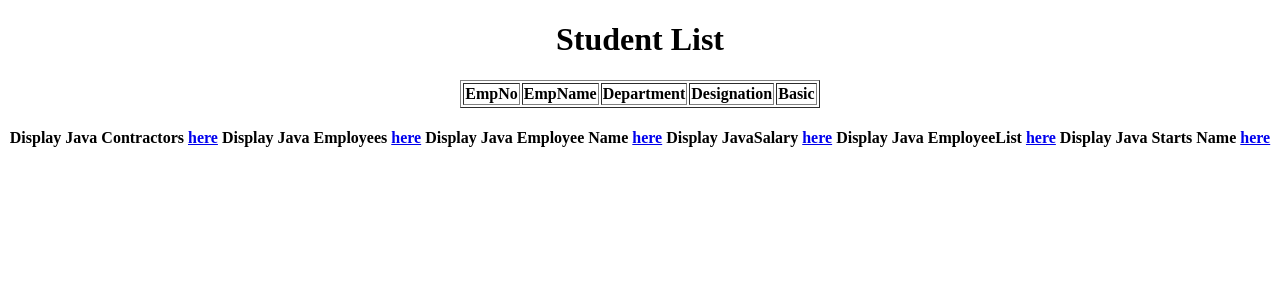
Repository: anisha-r/Sts
Page: http://localhost/AdvSpringData/WEB-INF/views/home.jsp
The author's editor kept a copy of each file at every save. The page is drawn from the files as they stood at one save, then again after the next save.
The browser window is 1280 px wide. The pictures show the whole page.
The page is served by Tomcat 9. Nobody is signed in. Other server files are loaded and not shown. The template is opened directly, without the code that normally fills it, so the values that code supplies are empty.

Above is the page before, as saved 2019-10-15 10:25:40.

### AdvSpringData/src/main/webapp/WEB-INF/views/home.jsp
<%@page contentType="text/html" pageEncoding="UTF-8"%>
<!DOCTYPE HTML PUBLIC "-//W3C//DTD HTML 4.01 Transitional//EN"
   "http://www.w3.org/TR/html4/loose.dtd">
<%@ taglib uri="http://java.sun.com/jsp/jstl/core" prefix="c" %>

<html>
<head>
<meta http-equiv="Content-Type" content="text/html; charset=UTF-8">
<title>Student Management Screen</title>
</head>
<body>
	<div align="center">
		<h1>Student List</h1>

		<table border="1">

			<th>EmpNo</th>
			<th>EmpName</th>
			<th>Department</th>
			<th>Designation</th>
			<th>Basic</th>



			<c:forEach var="employ" items="${employList}">
				<tr>

					<td>${employ.empno}</td>
					<td>${employ.name}</td>
					<td>${employ.dept}</td>
					<td>${employ.desig}</td>
					<td>${employ.basic}</td>
					</c:forEach>
		</table>
		<h4>
		Display Java Contractors <a href="/displayjavacontractors">here</a>
		Display Java Employees <a href="/displayjava">here</a>
		Display Java Employee Name <a href="/displayjavaname">here</a>
		Display JavaSalary <a href="/displayjavasalary">here</a>
	   Display Java EmployeeList <a href="/displayjavaEmployeeList">here</a>
			   Display Java Starts Name <a href="/displayjavaEmployee">here</a>
		</h4>
	</div>
</body>
</html>

After the next save:
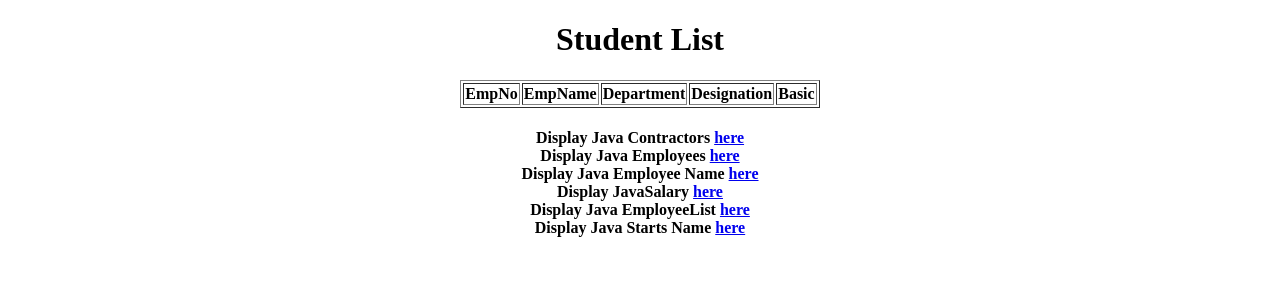
Saved 3 min 16 s later.
--- a/AdvSpringData/src/main/webapp/WEB-INF/views/home.jsp
+++ b/AdvSpringData/src/main/webapp/WEB-INF/views/home.jsp
@@ -33,12 +33,12 @@
 					</c:forEach>
 		</table>
 		<h4>
-		Display Java Contractors <a href="/displayjavacontractors">here</a>
-		Display Java Employees <a href="/displayjava">here</a>
-		Display Java Employee Name <a href="/displayjavaname">here</a>
-		Display JavaSalary <a href="/displayjavasalary">here</a>
-	   Display Java EmployeeList <a href="/displayjavaEmployeeList">here</a>
-			   Display Java Starts Name <a href="/displayjavaEmployee">here</a>
+		Display Java Contractors <a href="/displayjavacontractors">here</a><br/>
+		Display Java Employees <a href="/displayjava">here</a><br/>
+		Display Java Employee Name <a href="/displayjavaname">here</a><br/>
+		Display JavaSalary <a href="/displayjavasalary">here</a><br/>
+	   Display Java EmployeeList <a href="/displayjavaEmployeeList">here</a><br/>
+			   Display Java Starts Name <a href="/displayjavaEmployee">here</a><br/>
 		</h4>
 	</div>
 </body>
